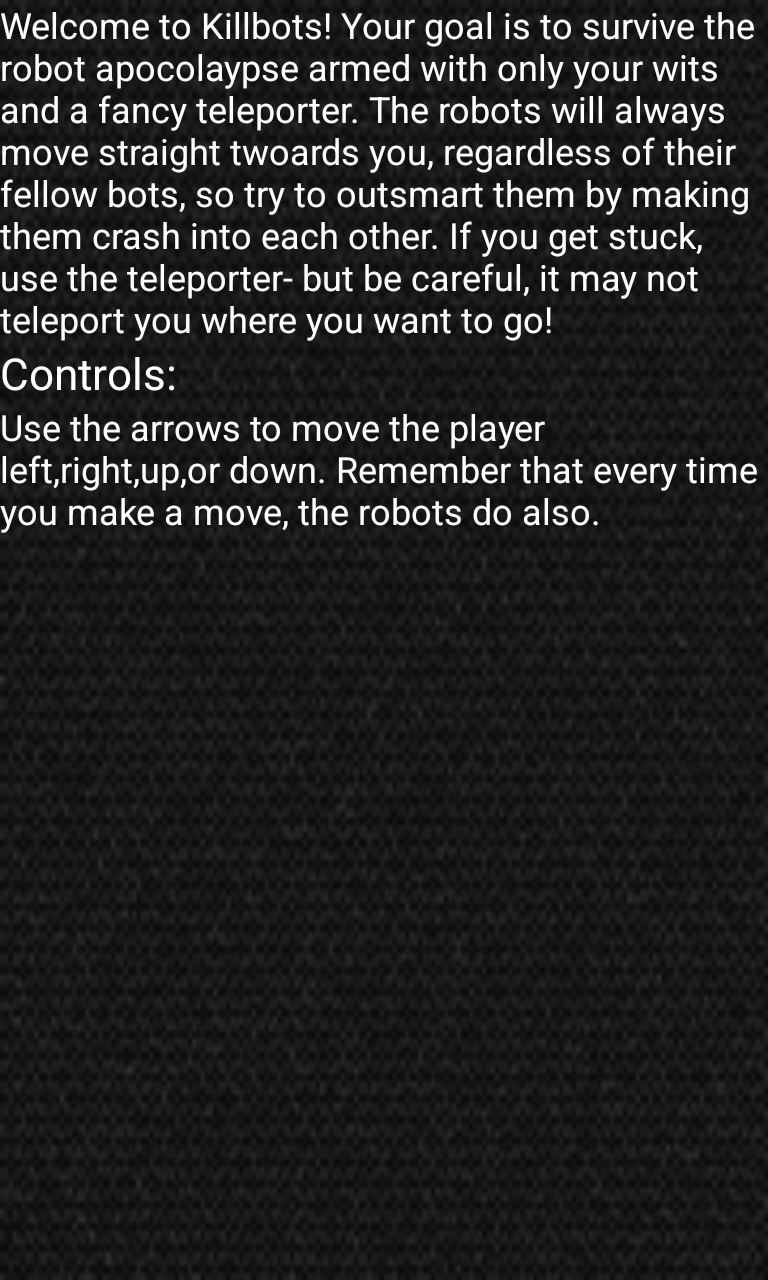
Repository: Tacohen/Killbots
Layout: Killbots/res/layout/how_to_play.xml
The author's editor kept a copy of each file at every save. The layout is drawn from the files as they stood at one save, then again after the next save.
It is drawn on a 768 x 1280 px phone screen (xhdpi) without system bars, with theme AppTheme; the app's code is not run.

Above is the layout before, as saved 2013-12-09 01:53:02.

After the next save:
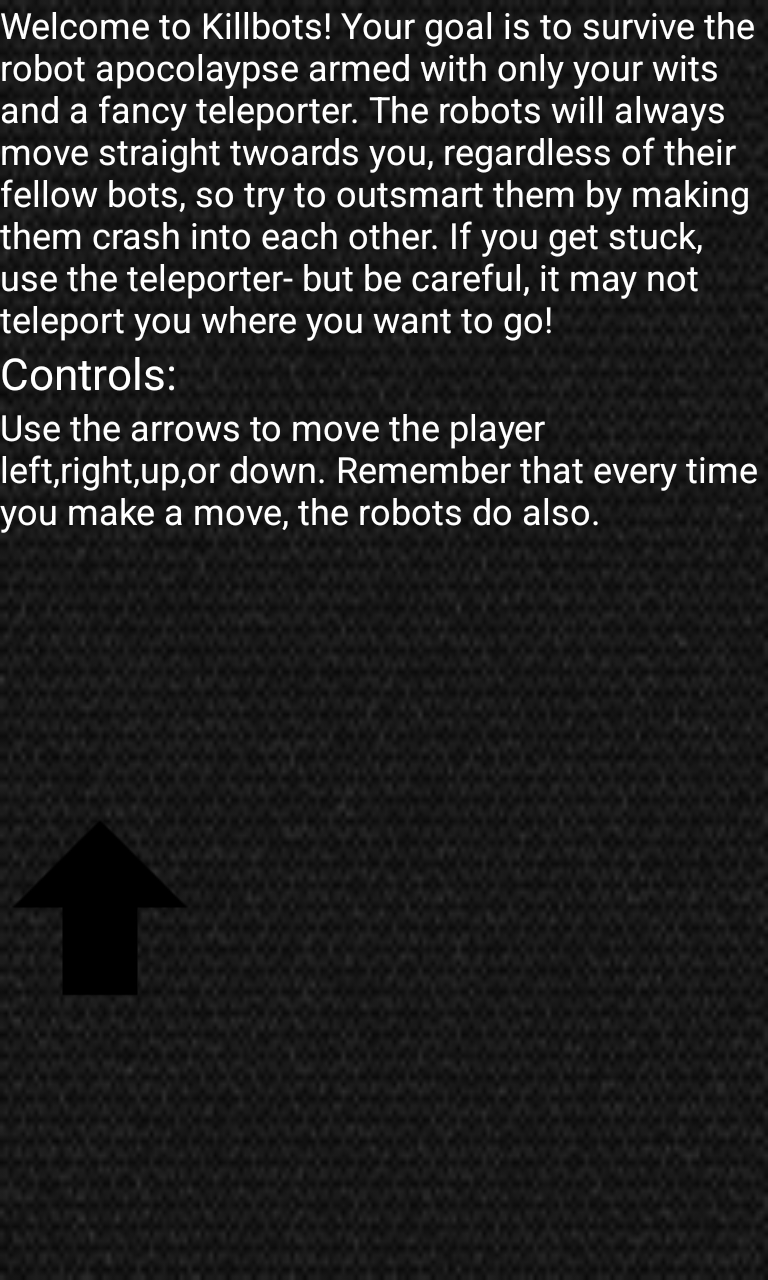
Saved 7 min 34 s later.
--- a/Killbots/res/layout/how_to_play.xml
+++ b/Killbots/res/layout/how_to_play.xml
@@ -33,6 +33,6 @@
         android:id="@+id/upArrow"
         android:layout_width="100dip"
         android:layout_height="fill_parent"
-        android:src="@assets/gfx/up_arrow"/>
+        android:src="@drawable/up_arrow"/>
 
 </LinearLayout>
